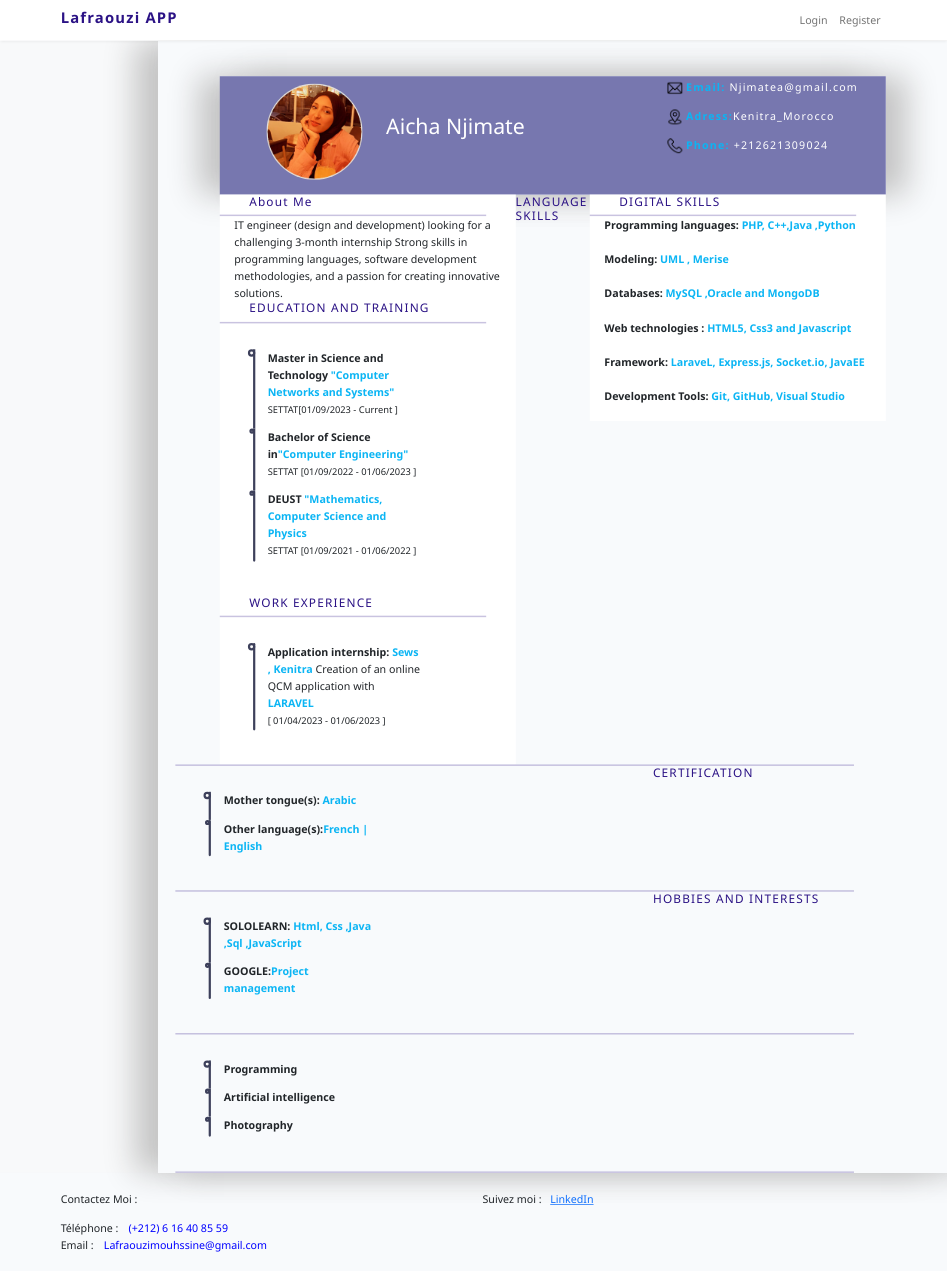
Repository: NjimateAicha/LaravelWeb
Page: http://localhost/aproposDeMoi
These files come from the project's save history. The page is drawn as it stood at one moment and after the next save; the edit follows.
The browser window is 1280 px wide. The pictures show the whole page, at 74% of full size.
The page is served by the project's Laravel application, run on PHP 8.4 with Laravel 9. Other server files are loaded and not shown. Style sheets and scripts are compiled from the project's sources, by tool versions that may differ from the author's. Queries for data that is not in the repository find no rows.

Above is the page before, as saved 2024-05-19 15:54:27.

### routes/web.php
<?php

use App\Http\Controllers\AproposDeMoiController;
use App\Http\Controllers\ChartsController;
use App\Http\Controllers\EtudiantController;
use App\Http\Controllers\formulairesController;
use App\Http\Controllers\ImageController;
use App\Http\Controllers\JsController;
use App\Http\Controllers\MapController;
use App\Http\Controllers\MatriceController;
use App\Http\Controllers\PhpController;
use App\Http\Controllers\ProjetController;
use App\Http\Controllers\QuizController;
use Illuminate\Support\Facades\Auth;
use Illuminate\Support\Facades\Route;

/*
|--------------------------------------------------------------------------
| Web Routes
|--------------------------------------------------------------------------
|
| Here is where you can register web routes for your application. These
| routes are loaded by the RouteServiceProvider within a group which
| contains the "web" middleware group. Now create something great!
|
*/

Route::get('/', function () {
    return view('auth.login');
});


Auth::routes();

Route::get('/home', [App\Http\Controllers\HomeController::class, 'index'])->name('home');

Route::get('/projets', [ProjetController::class, 'index'])->name('projets.index');
Route::get('/aproposDeMoi', [AproposDeMoiController::class, 'index'])->name('aProposDeMoi.index');


/* CRUD Student */
Route::resource('/etudiant' ,EtudiantController::class );
/* CRUD image */
Route::resource('/image' ,ImageController::class );
/* CRUD Maps */
Route::resource('/map' ,MapController::class );
/* CRUD Charts */
Route::resource('/charts' ,ChartsController::class );
/* Matrice */
Route::resource('/matrice' ,MatriceController::class );
/* quiz */
Route::resource('/Quiz' ,QuizController::class );
Route::get('/quiz/javascript', [QuizController::class, 'javascriptQuiz'])->name('quiz.javascript');
Route::post('/quiz/calculateJS', [QuizController::class, 'calculateScoreJS'])->name('quiz.calculateJS');
Route::get('/quiz/php', [QuizController::class, 'phpQuiz'])->name('quiz.php');
Route::post('/quiz/calculatePHP', [QuizController::class, 'calculateScorePHP'])->name('quiz.calculatePHP');

### app/Http/Controllers/AproposDeMoiController.php
<?php

namespace App\Http\Controllers;

use Illuminate\Http\Request;

class AproposDeMoiController extends Controller
{
    public function index()
    {
        return view('aProposDeMoi.index');
    }
}

### resources/views/aProposDeMoi/index.blade.php
@extends('layouts.app')
@section('content')
<div class="container mt-5">
{{--     <div class="row">
      <div class="col-md-8 mx-auto">
        <div class="styled-div">
          <p>Bonjour, je suis un jeune Marocain spécialisé dans le domaine informatique, je me distingue par une
            solide formation et une approche créative, fondées sur une recherche approfondie en réseaux,
            systèmes informatiques et développement web. La base de ma formation repose sur une quête
            constante de solutions efficaces et innovantes.</p>
          <p>Mon engagement envers l'apprentissage continu et ma passion pour la programmation constituent
            les piliers de cette démarche, faisant de la maîtrise des environnements stimulants une aspiration
            professionnelle.</p>
          <p><a href="#parcours_académique"> Télécharger curriculum vitae </a></p>
        </div>
      </div>
    </div>
  </div> --}}
  <!DOCTYPE html>
<html lang="en">
<head>
    <meta charset="UTF-8">
    <meta http-equiv="X-UA-Compatible" content="IE=edge">
    <meta name="viewport" content="width=device-width, initial-scale=1.0">
    <title>Resume</title>
    <link rel="preconnect" href="https://fonts.gstatic.com">
    <link rel="stylesheet" href="cv.css">
    <link href="https://fonts.googleapis.com/css2?family=Poppins:wght@100;300;400;600&display=swap" rel="stylesheet">
    <link rel="stylesheet" href="https://cdnjs.cloudflare.com/ajax/libs/font-awesome/4.7.0/css/font-awesome.min.css">
</head>
<style>

body {
    font-family: 'Segoe UI', Tahoma, Geneva, Verdana, sans-serif;
}

main {
    box-shadow: 30px 0px 40px rgb(196, 196, 196), -30px 0px 40px rgb(196, 196, 196);
    margin: auto;
    max-width: 900px;
}

.srkl {
    display: flex;
    justify-content: space-between;
    margin-top: 25px;
    background-color: white;
    width: 100%;
}
header {
    height: 160px;
    padding-top: 10px;
    color: white;
    background-color: #7777af;
}

.photo {
    margin-left: 7%;
    border-radius: 50%;
    width: 130px;
    height: 130px;
    overflow: hidden;
}
.des{
    margin-left: 25%;
    margin-top: -10%;
}
h3{
    color: #2b1285;
    font-weight: bold;
    letter-spacing: .1rem;
    font-size: 20px;
}

.right{
    padding: 0;
    margin: 5px;
    margin-top: -10%;
}
.right p{
   margin-left: 600px;
   letter-spacing: .1rem;
}
.info{
    width: 20px;
    height: 20px;
}
.section-left{
    background-color: white;
    float: left;
    width: 400px;
}
.section-right{
    background-color: white;
    float: right;
    width: 400px;
}
 h4{
    margin-left: 10%;
    color: #2b1285;
    letter-spacing: .1rem;
    font-size: 16px;
}
hr.light{
 border-top: 2px solid #2b1285;
 width: 90%;
 margin-top: .1rem;

}
.atouts{
    margin-left: 10%;
}
.div{
    margin-left: 5%;

}

.skls {
    padding: 0px;
    width: 40%;
    margin-left: 10%
}
.cool {
    background-color: #fff;
    border: 2px solid #ccc;
    width: 300px;
    height: 7px;
}

.po {
    margin-top: 20px;
}
strong{
    color: #0bb5f4;
    text-decoration: none;
}

.interet{
    margin-left: 10%;
}
span{
    margin-left: 10px;
}
.resume{

}
.light {
    margin-bottom: 0; /* Supprime la marge en bas de la ligne horizontale */
}

.func {
    margin-top: 5px; /* Ajoute une marge en haut du paragraphe suivant */
}
ul {
    list-style-type: none;
    padding: 0;
  }

  .resume .base, .resume .func {
    box-sizing: border-box;
    float: left;
  }
  .resume .base > div, .resume .func > div {
    padding-bottom: 10px;
  }
  .resume .base > div:last-of-type, .resume .func > div:last-of-type {
    padding-bottom: 0;
  }

.resume .func {
    width: 645px;
    padding: 30px 25px;
  }



  .resume .func .work ul li, .resume .func .edu ul li {
    position: relative;
    margin-left: 15px;
    padding-left: 25px;
    padding-bottom: 15px;
  }
  .resume .func .work ul li:hover::before, .resume .func .edu ul li:hover::before {
    animation: circle 1.2s infinite;
  }

  @keyframes circle {
    from {
      box-shadow: 0 0 0 0px #3d405b;
    }
    to {
      box-shadow: 0 0 0 6px rgba(61, 64, 91, 0);
    }
  }
  .resume .func .work ul li:first-of-type::before, .resume .func .edu ul li:first-of-type::before {
    width: 10px;
    height: 10px;
    left: -2px;
  }
  .resume .func .work ul li:last-of-type, .resume .func .edu ul li:last-of-type {
    padding-bottom: 3px;
  }
  .resume .func .work ul li:last-of-type::after, .resume .func .edu ul li:last-of-type::after {
    border-radius: 1.5px;
  }
  .resume .func .work ul li::before, .resume .func .work ul li::after, .resume .func .edu ul li::before, .resume .func .edu ul li::after {
    content: "";
    display: block;
    position: absolute;
  }
  .resume .func .work ul li::before, .resume .func .edu ul li::before {
    width: 7px;
    height: 7px;
    border: 3px solid #3d405b;
    background: #fcfcfc;
    border-radius: 50%;
    left: 0;
    z-index: 1;
  }
  .resume .func .work ul li::after, .resume .func .edu ul li::after {
    width: 3px;
    height: 100%;
    background: #3d405b;
    left: 5px;
    top: 0;
  }
  .resume .func .work ul li span, .resume .func .edu ul li span {
    transition-duration: 0.3s;
  }
  .resume .func .work {
    width: 42%;
  }
  .resume .func .edu {
    width: 58%;
  }
  .resume .func .skills-prog {
    clear: both;
  }

</style>
<body>
     <main>
        <header>
            <div class="photo">
                <img src="images/mee.png"  width ="100%" height="100%"alt="ùon image">
            </div>
            <div class="des">
                <h2>Aicha Njimate</h2>


            </div>

            <div class="right">


                <p><img src="images/email.png" class="info"><strong> Email:</strong> Njimatea@gmail.com</p>
                <p><img src="images/loca.png" class="info"> <strong> Adress:</strong>Kenitra_Morocco</p>
               <p><img src="images/telephone_10945101.png" class="info"><strong> Phone:</strong> +212621309024</p>


            </div>


        </header>
        <section class="section-left">

            <h4>About Me</h4>
            <hr class="light">

            <div class="div">
                IT engineer (design and development) looking for a challenging 3-month internship
                 Strong skills in programming languages, software development methodologies, and a passion for creating
                    innovative solutions.
            </div>
                <div class="resume">
                    <h4>EDUCATION AND TRAINING</h4>
                    <hr class="light">
                    <div class="func">
                        <div class="work">

                          <ul>
                            <li><b>Master in Science and Technology <strong> "Computer Networks and Systems"</strong></b><small> SETTAT[01/09/2023 - Current ]</small></li>
                            <li><b>Bachelor of Science in</b><strong>"Computer Engineering"</strong><br><small> SETTAT [01/09/2022 - 01/06/2023 ] </small></li>
                            <li><b>DEUST <strong> "Mathematics, Computer Science and Physics</strong></b><br><small> SETTAT [01/09/2021 - 01/06/2022 ] </small></li>
                          </ul>
                        </div>
                </div>



                <div class="resume">
                    <h4>WORK EXPERIENCE</h4>
                    <hr class="light">
                    <div class="func">
                        <div class="work">

                          <ul>
                            <li><b>Application internship: </b><strong>Sews , Kenitra</strong>
                                Creation of an online QCM application with <strong> LARAVEL</strong><br><small> [ 01/04/2023 - 01/06/2023 ] </small> <br></li>
                          </ul>
                        </div>
                </div>








        </section>
        <section class="section-right">
           <h4>DIGITAL SKILLS </h4>
           <hr class="light">
            <div class="div">
                <div><b>Programming languages: </b>
                    <strong>PHP, C++,Java ,Python</strong>
                </div>
            </div>
            <br>
            <div class="div">
                <div><b>Modeling: </b>
                    <strong> UML , Merise</strong>
                </div>
            </div>
            <br>
            <div class="div">
                <div><b>Databases: </b>
                    <strong>MySQL ,Oracle and MongoDB</strong>
                </div>
            </div>
            <br>
            <div class="div">
                <div><b> Web technologies : </b>
                    <strong>HTML5, Css3 and Javascript</strong>
                </div>
            </div>
            <br>
            <div class="div">
                <div><b>  Framework: </b>
                    <strong>LaraveL, Express.js, Socket.io, JavaEE </strong>
                </div>
            </div>
            <br>

            <div class="div">
                <div><b>Development Tools: </b>
                    <strong> Git,  GitHub, Visual Studio  </strong>
                </div>
            </div>
            <br>




            </div>
            <div class="resume">
                <h4> LANGUAGE SKILLS</h4>
                <hr class="light">
                <div class="func">
                    <div class="work">

                      <ul>
                        <li><b>Mother tongue(s): <strong> Arabic</strong></b></li>
                        <li><b> Other language(s):</b><strong>French | English</strong><br></li>

                      </ul>
                    </div>
            </div>
            <div class="resume">
                <h4> CERTIFICATION </h4>
                <hr class="light">
                <div class="func">
                    <div class="work">

                      <ul>
                        <li><b>SOLOLEARN:<strong> Html, Css ,Java ,Sql ,JavaScript</strong></b></li>
                        <li><b> GOOGLE:</b><strong>Project management</strong><br></li>

                      </ul>
                    </div>
            </div>

            <div class="resume">
                <h4> HOBBIES AND INTERESTS </h4>
                <hr class="light">
                <div class="func">
                    <div class="work">

                      <ul>
                        <li><b>Programming</b></li>
                        <li><b>Artificial intelligence </b></li>
                        <li><b>Photography</b></li>

                      </ul>
                    </div>
            </div>

        </section>
        <div class="srkl">

        </div>
        <hr class="light">
    </main>
</body>
</html>
@endsection

### app/Http/Controllers/ImageController.php
<?php

namespace App\Http\Controllers;

use App\Models\Image;
use Illuminate\Http\Request;
use Illuminate\Support\Facades\Storage;

class ImageController extends Controller
{
    /**
     * Display a listing of the resource.
     *
     * @return \Illuminate\Http\Response
     */
    public function index()
    {

    }

    /**
     * Show the form for creating a new resource.
     *
     * @return \Illuminate\Http\Response
     */
    public function create()
{
    $images = Image::all();
    return view('image.create', compact('images'));
}

    /**
     * Store a newly created resource in storage.
     *
     * @param  \Illuminate\Http\Request  $request
     * @return \Illuminate\Http\Response
     */
    public function store(Request $request)
{
    $request->validate([
        'image_file' => 'required|image|mimes:jpeg,png,jpg,gif|max:2048', // Valider les images avec les extensions jpeg, png, jpg, gif et une taille maximale de 2 Mo
    ]);

    $size = $request->file('image_file')->getSize();
    $name = $request->file('image_file')->getClientOriginalName();
    $type = $request->file('image_file')->getClientOriginalExtension();
    $bin_img = file_get_contents($request->file('image_file')->getRealPath());

    $image = Image::create([
        'nom' => $name,
        'type' => $type,
        'size' => $size,
        'bin_img' => $bin_img,
    ]);

    $request->file('image_file')->storeAs('public/images/', $name);



    // Redirection avec un message de succès
    return redirect()->route('image.create')->with('success', 'image est enregistré avec succès.');

}


    /**
     * Display the specified resource.
     *
     * @param  \App\Models\Image  $image
     * @return \Illuminate\Http\Response
     */
    public function show(Image $image)
    {
        //
    }

    /**
     * Show the form for editing the specified resource.
     *
     * @param  \App\Models\Image  $image
     * @return \Illuminate\Http\Response
     */
    public function edit(Image $image)
    {
        //
    }

    /**
     * Update the specified resource in storage.
     *
     * @param  \Illuminate\Http\Request  $request
     * @param  \App\Models\Image  $image
     * @return \Illuminate\Http\Response
     */
    public function update(Request $request, Image $image)
    {
        //
    }

    /**
     * Remove the specified resource from storage.
     *
     * @param  \App\Models\Image  $image
     * @return \Illuminate\Http\Response
     */
    public function destroy(Image $image)
{
    // Supprimer l'image de la base de données
    $image->delete();

    // Supprimer le fichier image du stockage
    Storage::delete('public/images/' . $image->nom);

    return redirect()->back()->with('success', 'Image supprimée avec succès');
}

}

### app/Models/Image.php
<?php

namespace App\Models;

use Illuminate\Database\Eloquent\Factories\HasFactory;
use Illuminate\Database\Eloquent\Model;

class Image extends Model
{
    use HasFactory;
    protected $fillable = ['nom', 'type', 'size', 'bin_img'];
}

Loaded but not shown: app/Http/Controllers/Auth/ConfirmPasswordController.php (common file); app/Http/Controllers/Controller.php (common file); resources/sass/app.scss (common file); resources/sass/_variables.scss (common file); resources/views/layouts/app.blade.php (142 lines, source omitted)

After the next save:
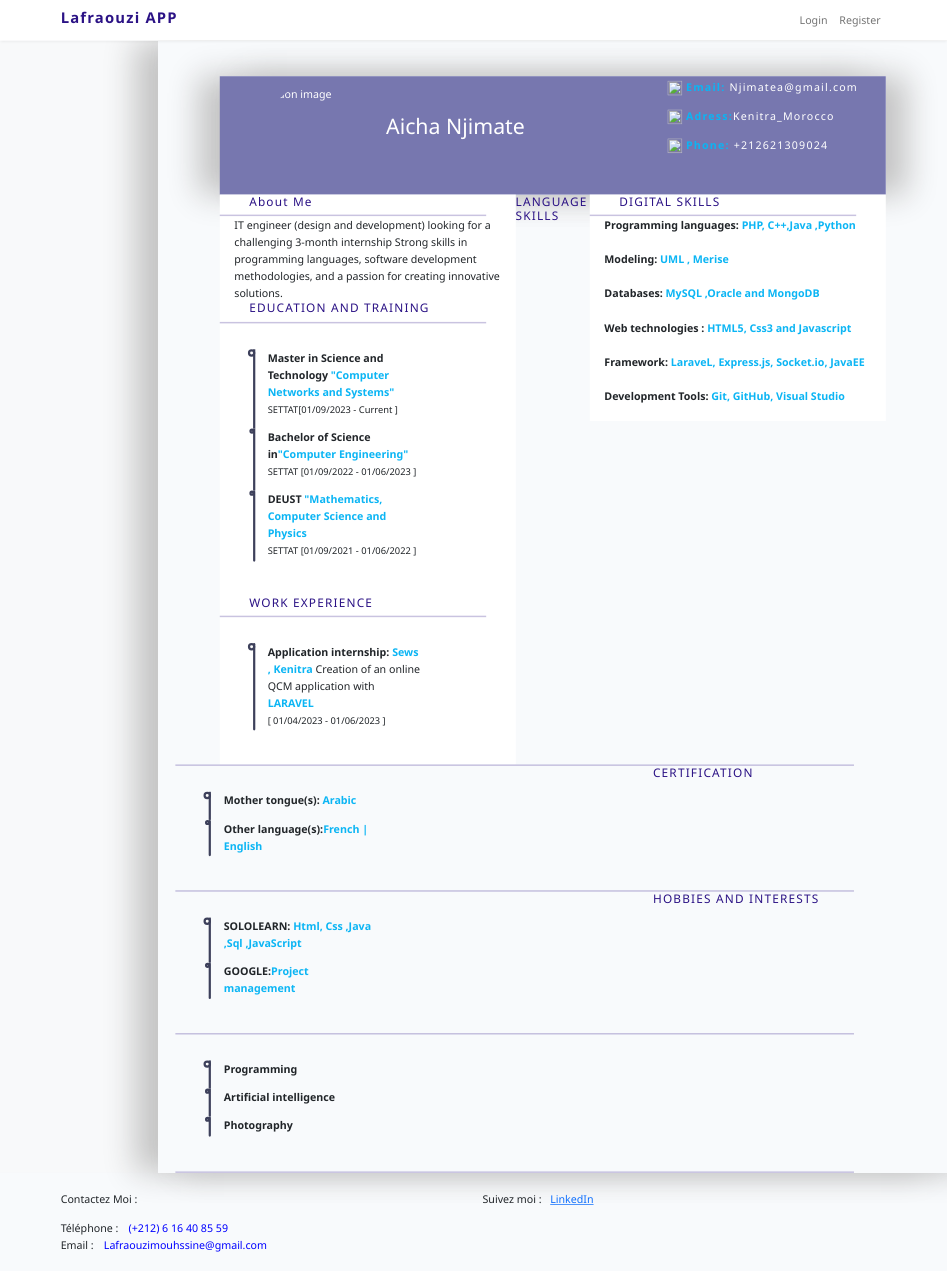
Saved 3 min 43 s later.
--- a/resources/views/aProposDeMoi/index.blade.php
+++ b/resources/views/aProposDeMoi/index.blade.php
@@ -237,12 +237,13 @@ ul {
     clear: both;
   }
 
+
 </style>
 <body>
-     <main>
+    <main>
         <header>
             <div class="photo">
-                <img src="images/mee.png"  width ="100%" height="100%"alt="ùon image">
+                <img src="image/mee.png"  width ="100%" height="100%"alt="ùon image">
             </div>
             <div class="des">
                 <h2>Aicha Njimate</h2>
@@ -253,9 +254,9 @@ ul {
             <div class="right">
 
 
-                <p><img src="images/email.png" class="info"><strong> Email:</strong> Njimatea@gmail.com</p>
-                <p><img src="images/loca.png" class="info"> <strong> Adress:</strong>Kenitra_Morocco</p>
-               <p><img src="images/telephone_10945101.png" class="info"><strong> Phone:</strong> +212621309024</p>
+                <p><img src="image/email.png" class="info"><strong> Email:</strong> Njimatea@gmail.com</p>
+                <p><img src="image/loca.png" class="info"> <strong> Adress:</strong>Kenitra_Morocco</p>
+               <p><img src="image/telephone_10945101.png" class="info"><strong> Phone:</strong> +212621309024</p>
 
 
             </div>
@@ -403,5 +404,7 @@ ul {
         <hr class="light">
     </main>
 </body>
+
+</body>
 </html>
 @endsection
